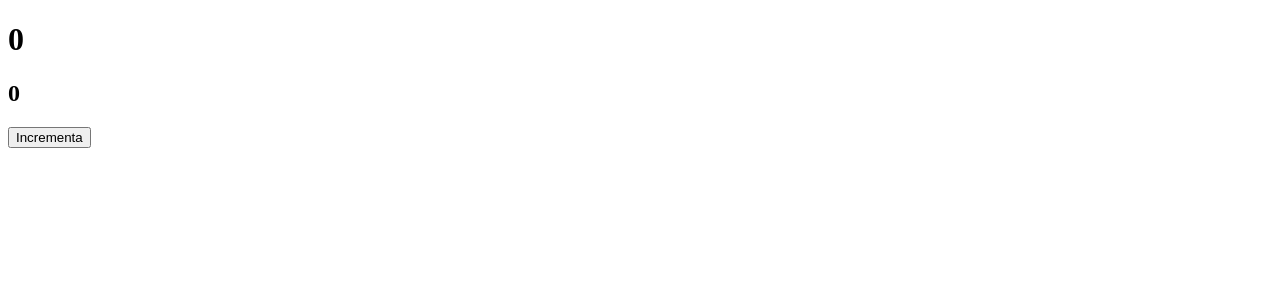
Repository: CryptoFamilyNFT/develhope
Page: / (app in vite/v1/)
An editor plug-in stored every save of this project. The page is shown before and after the next save, followed by the edit.
The browser window is 1280 px wide. The pictures show the whole page.
The project was rebuilt for these pictures with package versions that can differ from the ones it lists, and the page was loaded fresh each time. Also part of the build but not shown: vite/v1/vite.config.js, vite/v1/src/components/AlertClock.jsx, vite/v1/src/components/Chat/chatStyle.jsx, vite/v1/src/components/Chat/Chat.jsx, vite/v1/src/components/Message.jsx, vite/v1/src/components/Hello.jsx, vite/v1/src/components/Welcome.jsx, vite/v1/src/components/index.jsx and 2 more.

Above is the page before, as saved 2025-02-17 09:31:26.

After the next save:
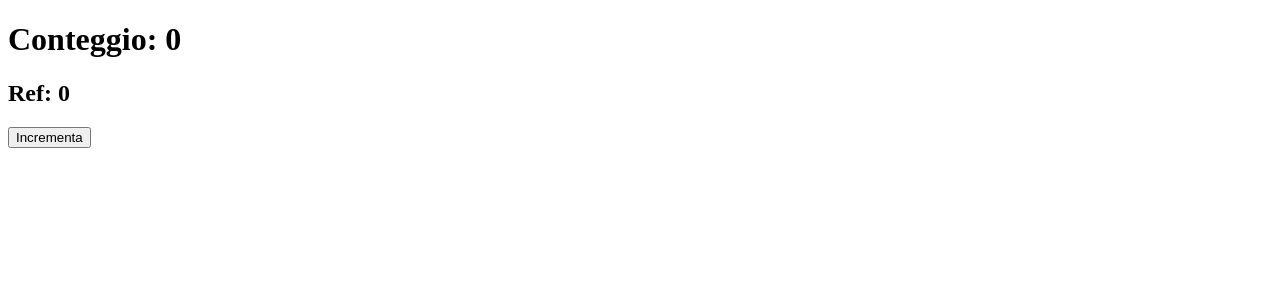
Saved 3 min 43 s later.
--- a/vite/v1/src/components/RenderState.jsx
+++ b/vite/v1/src/components/RenderState.jsx
@@ -32,8 +32,8 @@ export function PreviousState() {
 
     return (
         <div>
-            <h1>{count}</h1>
-            <h2>{prevCount.current}</h2>
+            <h1>Conteggio: {count}</h1>
+            <h2>Ref: {prevCount.current}</h2>
             <button onClick={() => setCount(count + 1)}>Incrementa</button>
         </div>
     );
